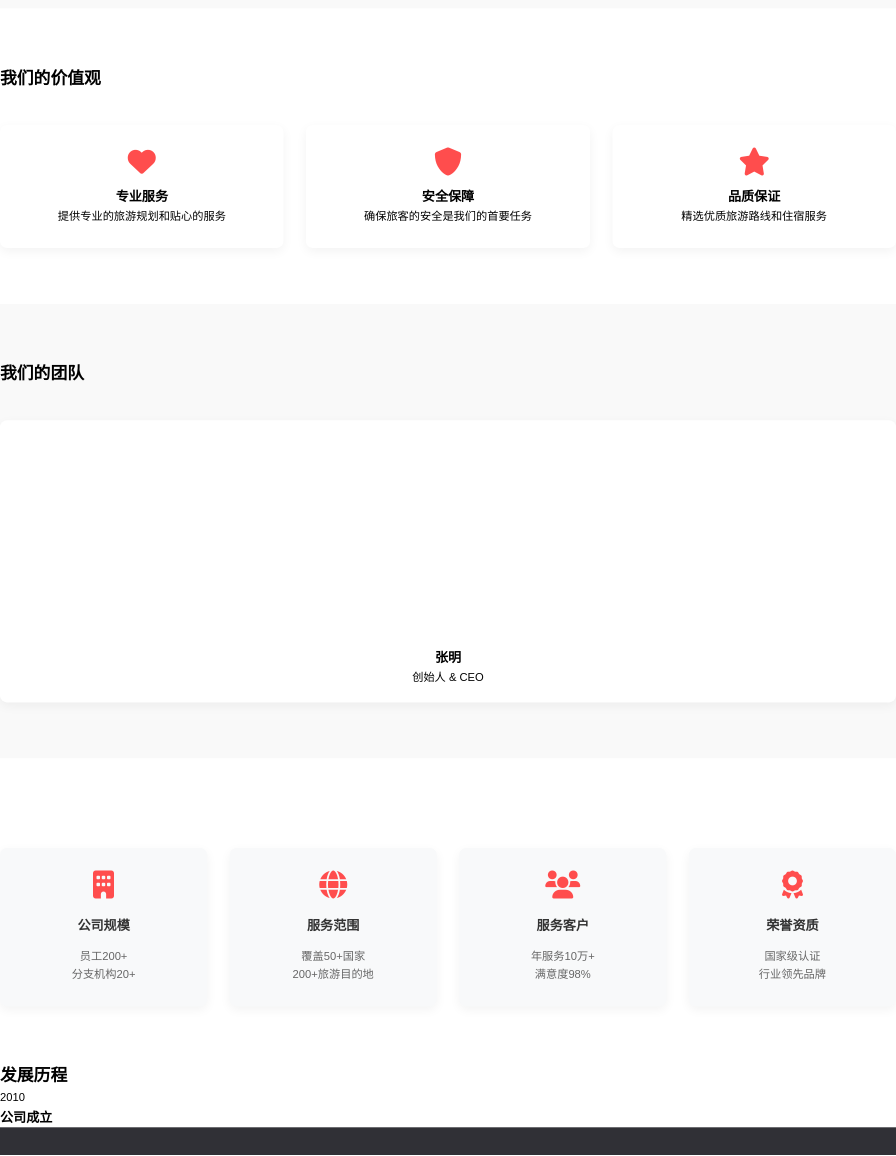
Repository: huang-heavenly-Emperor/travel_1
Page: pages/about.html
The author's editor kept a copy of each file at every save. The page is drawn from the files as they stood at one save, then again after the next save.
The browser window is 1280 px wide. The pictures show the part of the page from y = 1078 to 2998 px (the page is 2729 px tall before and 2998 px after), at 70% of full size.
A picture or video elsewhere on the page could not be fetched, so the positions and the page height are approximate.

Above is the page before, as saved 2024-11-18 02:32:54.

After the next save:
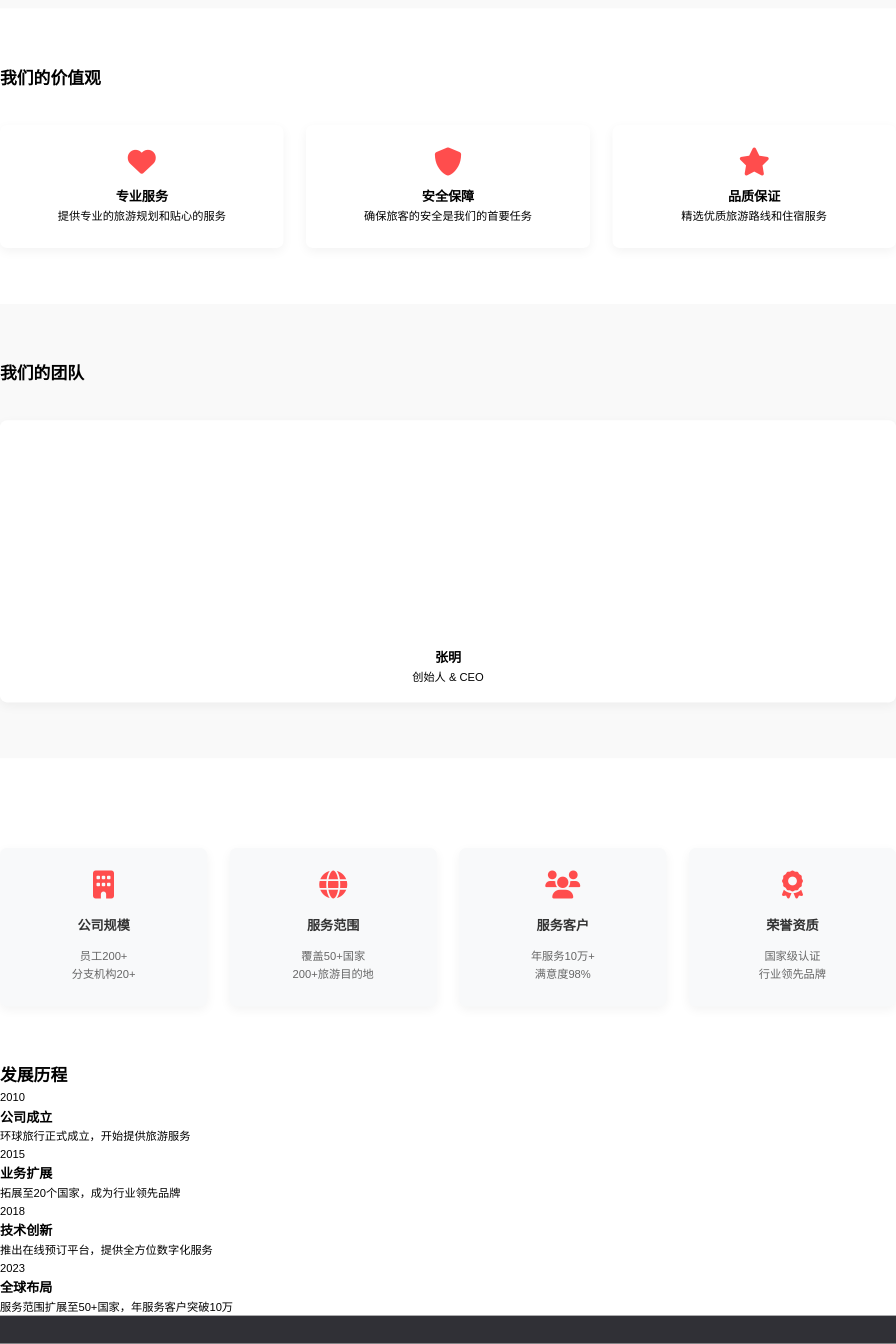
Saved 7 s later.
--- a/pages/about.html
+++ b/pages/about.html
@@ -142,6 +142,34 @@
                     <div class="year">2010</div>
                     <div class="content">
                         <h3>公司成立</h3>
+                        <p>环球旅行正式成立，开始提供旅游服务</p>
+                    </div>
+                </div>
+                <div class="timeline-item">
+                    <div class="year">2015</div>
+                    <div class="content">
+                        <h3>业务扩展</h3>
+                        <p>拓展至20个国家，成为行业领先品牌</p>
+                    </div>
+                </div>
+                <div class="timeline-item">
+                    <div class="year">2018</div>
+                    <div class="content">
+                        <h3>技术创新</h3>
+                        <p>推出在线预订平台，提供全方位数字化服务</p>
+                    </div>
+                </div>
+                <div class="timeline-item">
+                    <div class="year">2023</div>
+                    <div class="content">
+                        <h3>全球布局</h3>
+                        <p>服务范围扩展至50+国家，年服务客户突破10万</p>
+                    </div>
+                </div>
+            </div>
+        </div>
+    </section>
+
     <!-- 页脚 -->
     <footer class="footer">
         <!-- 与首页相同的页脚结构 -->
